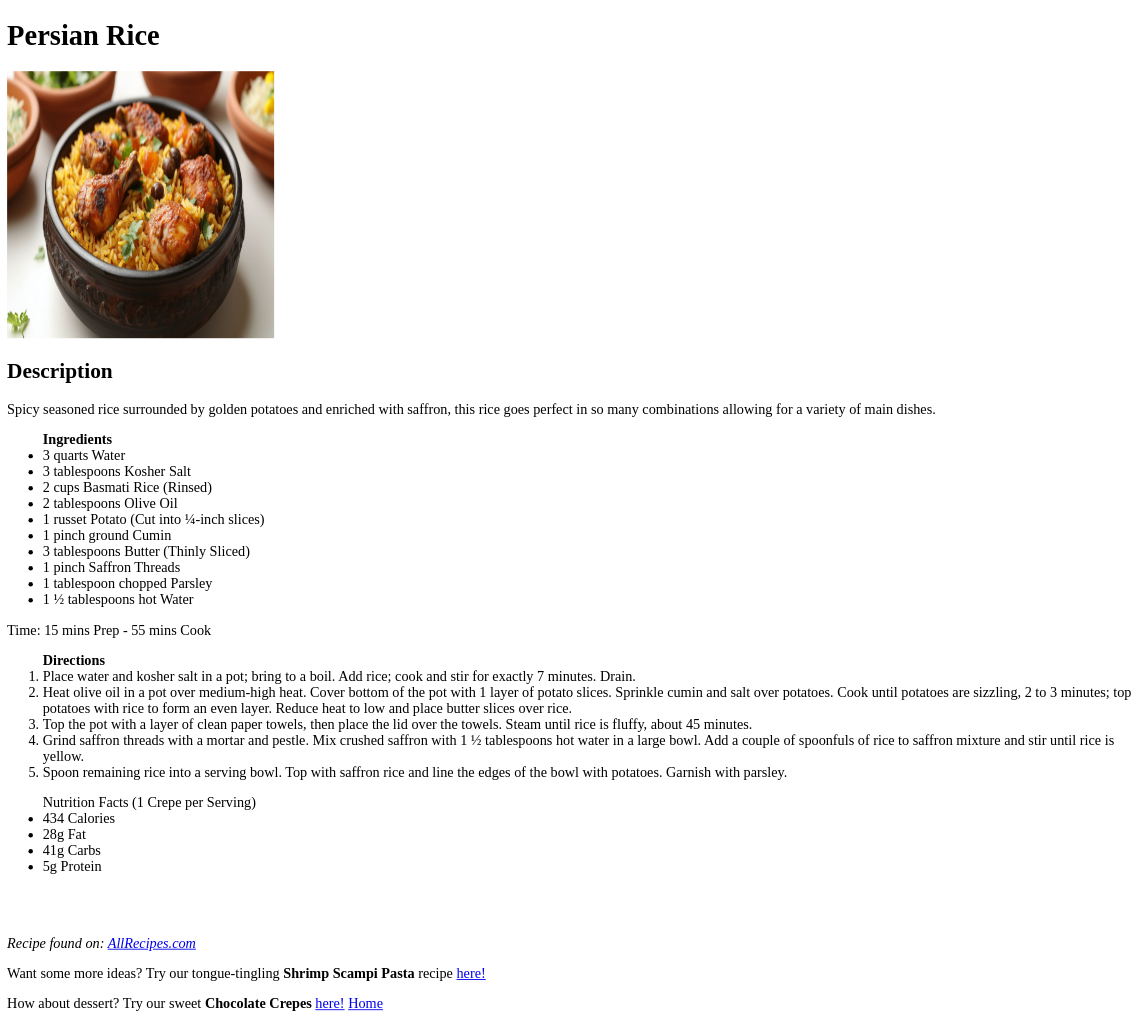
Repository: Mervens/odin-recipes
Page: recipes/persian-rice.html
The author's editor kept a copy of each file at every save. The page is drawn from the files as they stood at one save, then again after the next save.
The browser window is 1280 px wide. The pictures show the whole page, at 89% of full size.

Above is the page before, as saved 2025-06-18 12:56:25.

After the next save:
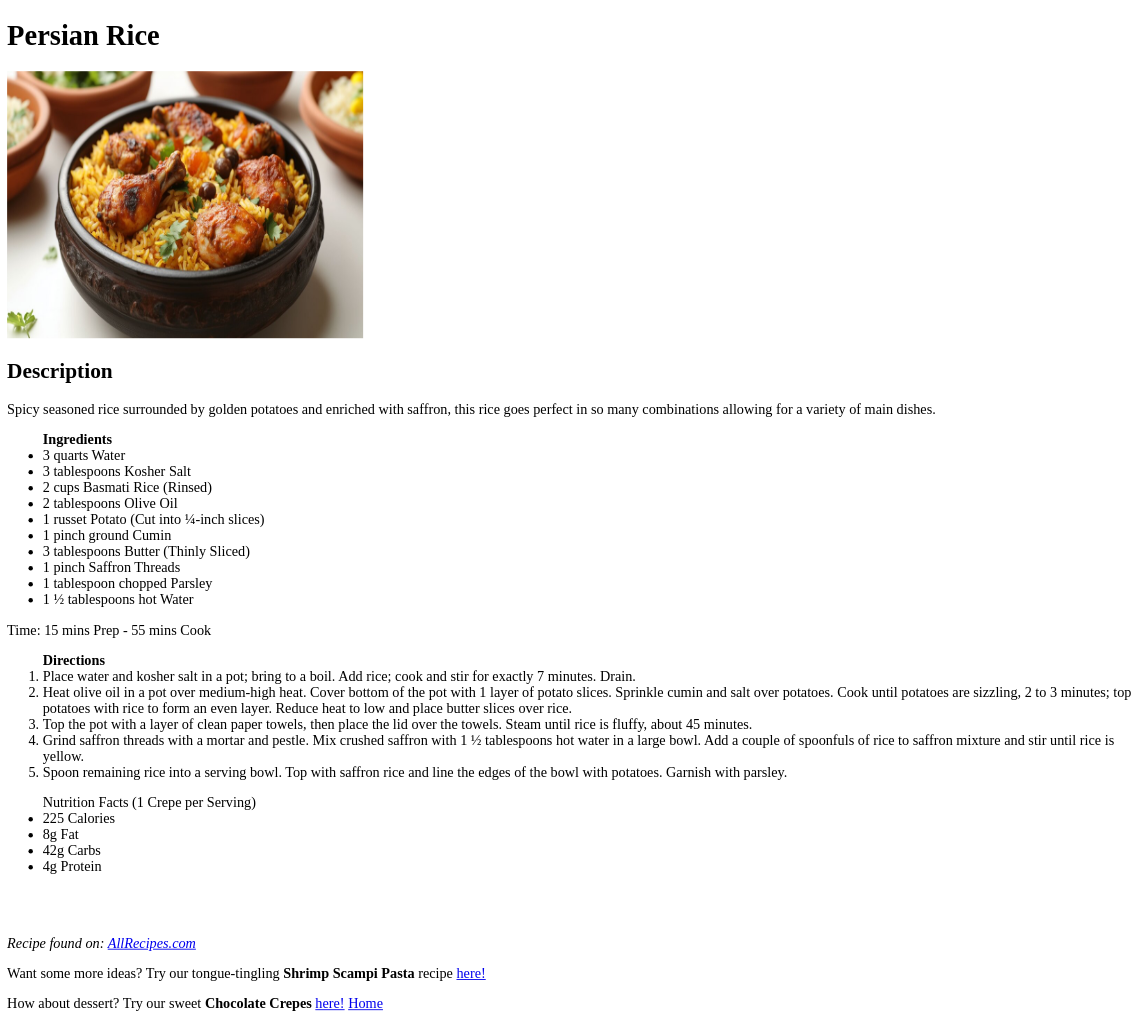
Saved 62 s later.
--- a/recipes/persian-rice.html
+++ b/recipes/persian-rice.html
@@ -11,7 +11,7 @@
     <h1>Persian Rice</h1>
 
     <img src="../recipes/images/Persian Rice.jpg"
-        alt="Photo of Chocolate Crepe. Image found on Wikipedia - linked in ReadME." height=300 width=300>
+        alt="Photo of Basmati Rice Dish. Image found on CCNull.de - linked in ReadME." height=300 width=400>
     <h2>Description</h2>
     <p>Spicy seasoned rice surrounded by golden potatoes and enriched with saffron, this rice goes perfect in so many
         combinations allowing for a variety of main dishes.</p>
@@ -45,10 +45,10 @@
     </ol>
     <ul>
         Nutrition Facts (1 Crepe per Serving)
-        <li>434 Calories</li>
-        <li>28g Fat</li>
-        <li>41g Carbs</li>
-        <li>5g Protein</li>
+        <li>225 Calories</li>
+        <li>8g Fat</li>
+        <li>42g Carbs</li>
+        <li>4g Protein</li>
     </ul>
     <br>
     <br>
